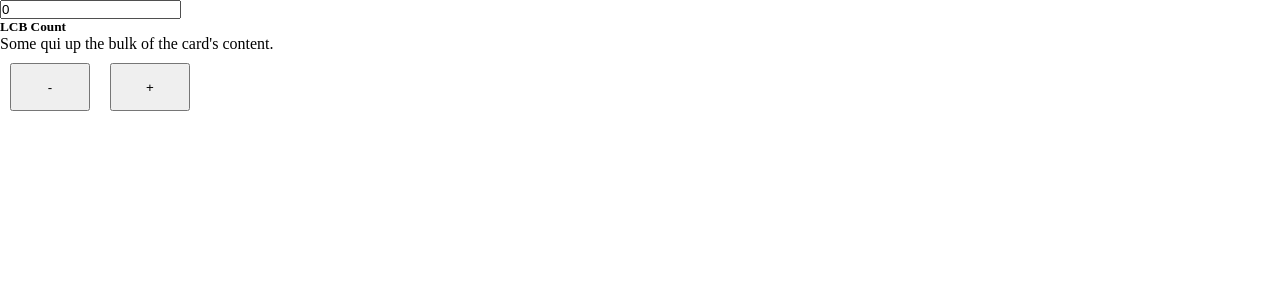
Repository: suraj-yadav7/SwitchWorkflow-Count-reactjs
Page: /
The author's editor kept a copy of each file at every save. The page is drawn from the files as they stood at one save, then again after the next save.
The browser window is 1280 px wide. The pictures show the whole page.
The project was rebuilt for these pictures with package versions that can differ from the ones it lists, and the page was loaded fresh each time.

Above is the page before, as saved 2023-04-17 18:02:12.

### src/App.js
import './App.css';
import TitleCount from './Components/TitleCount';

function App() {
  return (
    <>
    <TitleCount />
    </>
  );
}

export default App;

### src/App.css
*{
  margin: 0;
  padding: 0;
  box-sizing: border-box;
}

button{
  width: 5rem;
  margin: 10px;
  height: 3rem;
}

### src/Components/TitleCount.jsx
import React from 'react'
import { useState, useEffect } from 'react'
const TitleCount = () => {

    const [lcbCount, setLcbCount] = useState(parseInt(localStorage.getItem("lcbKey")) || 0)

    useEffect(()=>{
        localStorage.setItem("lcbKey", lcbCount)
    },[lcbCount])

    return (
        <>
            <div className="container">
                <div class="card" style={{width: "18rem"}}>
                    <input type='text' name="lcbCount" value={lcbCount}/>
                    <div class="card-body">
                        <h5 class="card-title">LCB Count</h5>
                        <p class="card-text">Some qui up the bulk of the card's content.</p>
                        <button onClick={()=>setLcbCount(val => val-1)}>-</button>
                        <button onClick={()=>setLcbCount(val => val+1)}>+</button>
                    </div>
                </div>
            </div>

        </>
    )
}

export default TitleCount

Loaded but not shown: src/index.js (common file)

After the next save:
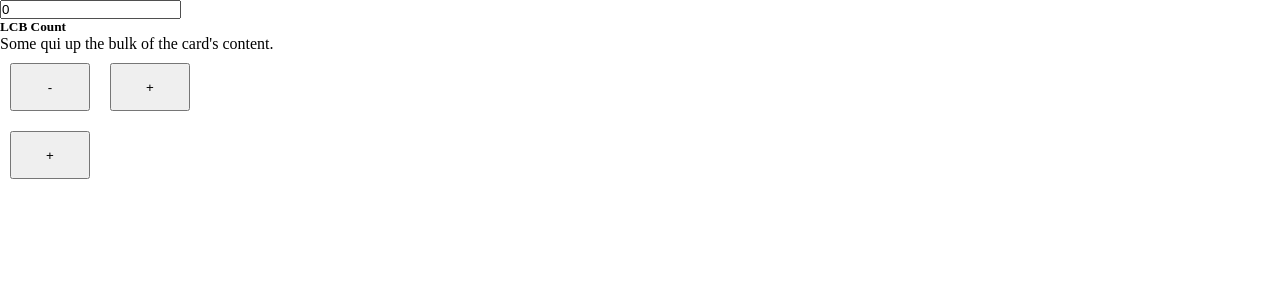
Saved 47 s later.
--- a/src/Components/TitleCount.jsx
+++ b/src/Components/TitleCount.jsx
@@ -18,6 +18,8 @@ const TitleCount = () => {
                         <p class="card-text">Some qui up the bulk of the card's content.</p>
                         <button onClick={()=>setLcbCount(val => val-1)}>-</button>
                         <button onClick={()=>setLcbCount(val => val+1)}>+</button>
+                        <button onClick={()=>setLcbCount(0)}>+</button>
+
                     </div>
                 </div>
             </div>
